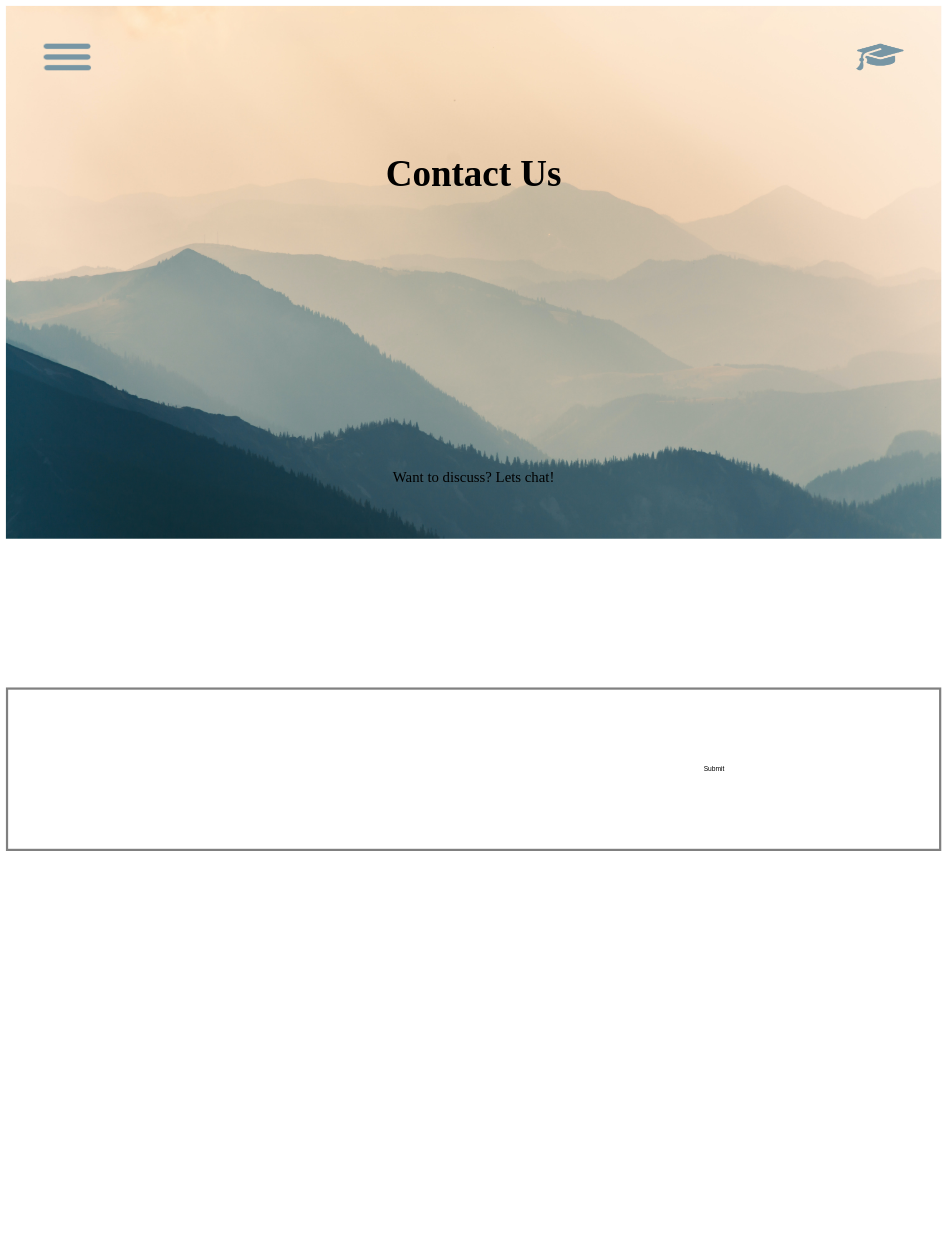
Repository: sierralaurent/MDIA2109-Assignment01
Page: /contact
An editor plug-in stored every save of this project. The page is shown before and after the next save, followed by the edit.
The browser window is 1280 px wide. The pictures show the whole page, at 74% of full size.
The project was rebuilt for these pictures with package versions that can differ from the ones it lists, and the page was loaded fresh each time. The framework's server and built-in components were replaced by stand-ins that run in the browser. Also part of the build but not shown: next.config.js.

Above is the page before, as saved 2023-02-05 13:48:35.

After the next save:
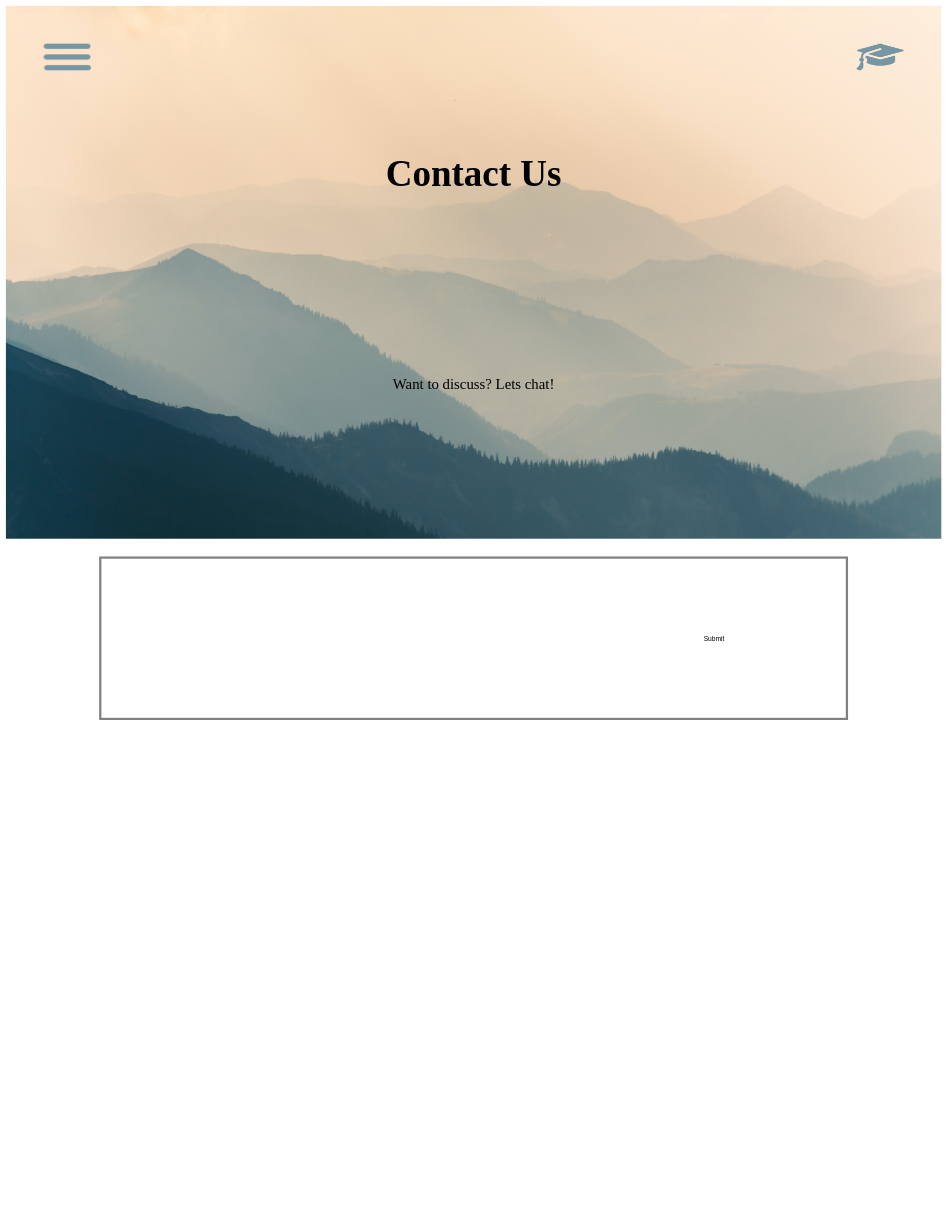
Saved 13 s later.
--- a/styles/Contact.module.css
+++ b/styles/Contact.module.css
@@ -26,6 +26,7 @@
     flex-direction: column;
     justify-content: center;
     align-items: center;
+
     padding: 5%;
   }
 
@@ -36,12 +37,13 @@
   .middle2 {
     justify-content: center;
     align-items: center;
+    padding: 10%;
   }
 
   .middle2 p {
     display: flex;
     justify-content: center;
-    padding: 20%;
+    padding-bottom: 20%;
     font-size: 20px;
   }
 
